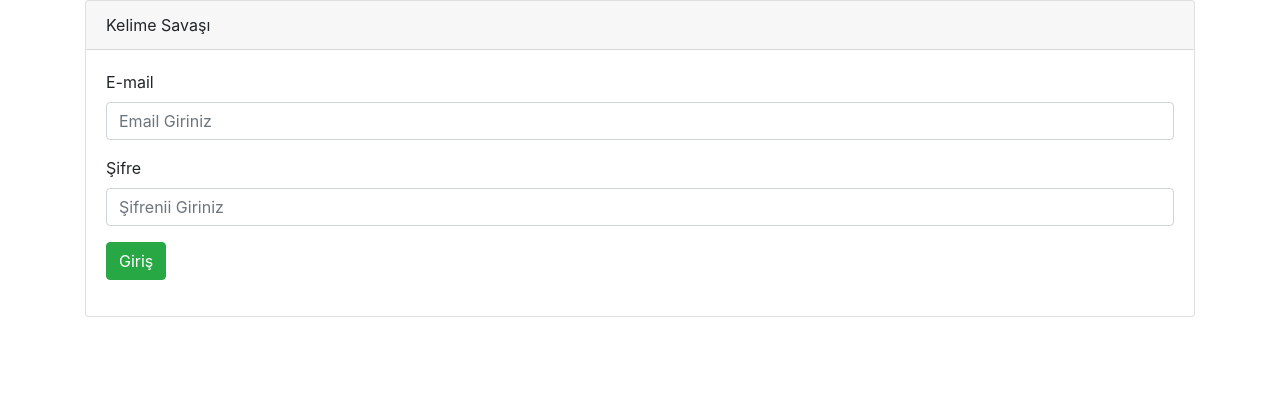
Repository: triapost/kelimeapp
Page: /login
An editor plug-in stored every save of this project. The page is shown before and after the next save, followed by the edit.
The browser window is 1280 px wide. The pictures show the whole page.
The project was rebuilt for these pictures with package versions that can differ from the ones it lists, and the page was loaded fresh each time. Also part of the build but not shown: src/pages/auth/Register.js, src/pages/home/Home.js.

Above is the page before, as saved 2020-09-15 22:29:20.

After the next save:
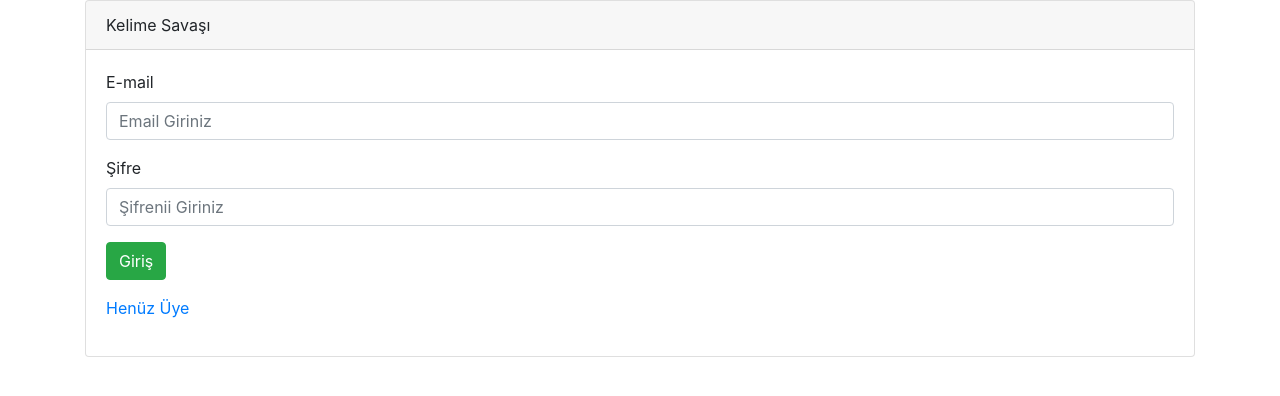
Saved 8 s later.
--- a/src/pages/auth/Login.js
+++ b/src/pages/auth/Login.js
@@ -31,7 +31,7 @@ const Login = () => {
             <div className="form-group">
               <button className="btn btn-success">Giriş</button>
             </div>{" "}
-            <div className="form-group"> <Link to="/register"></Link></div>
+            <div className="form-group"> <Link to="/register">Henüz Üye </Link></div>
           </form>
         </div>
       </div>
